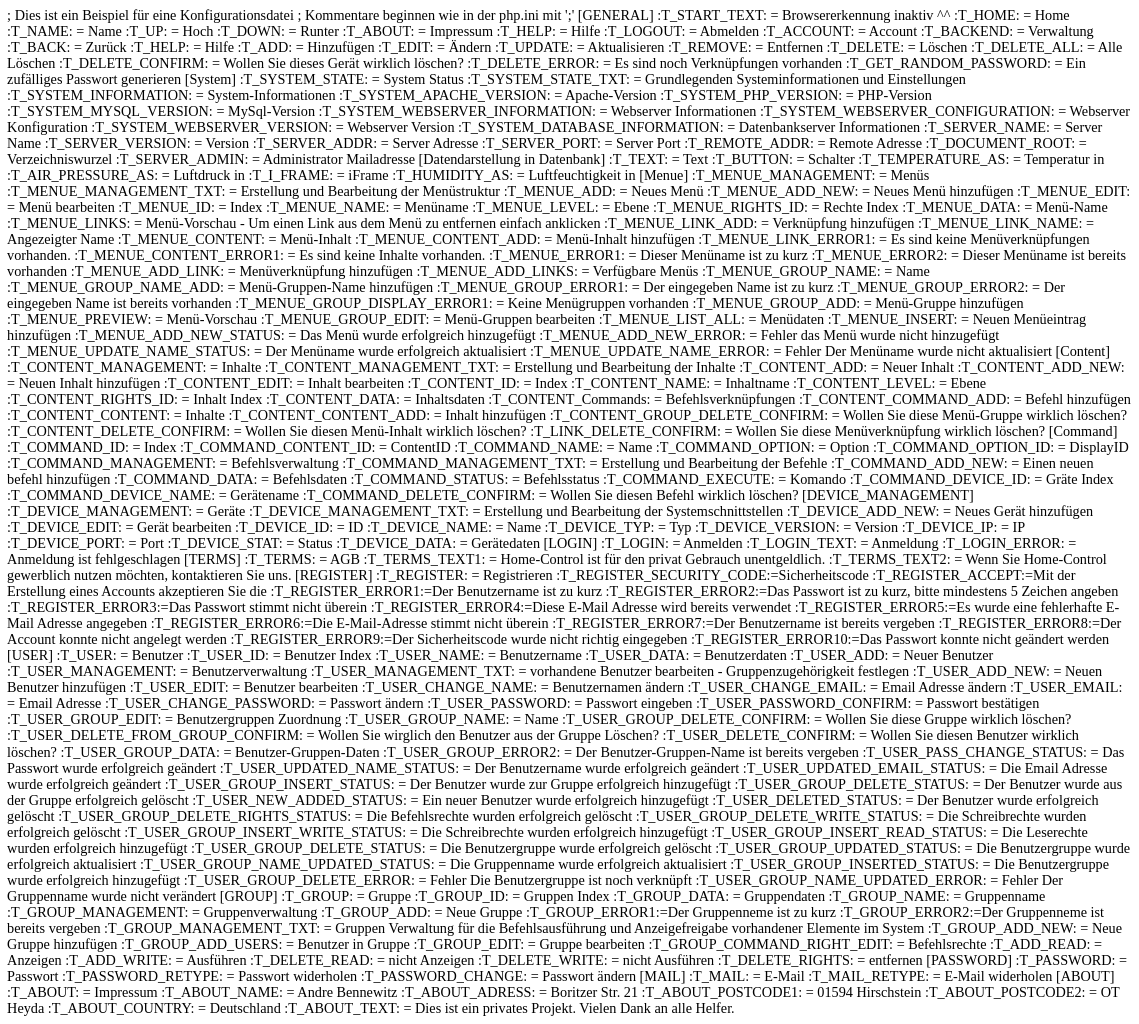
Repository: 0xF3ERROR/Home-Control
Page: http://localhost/language/lang_Ger.php
The author's editor kept a copy of each file at every save. The page is drawn from the files as they stood at one save, then again after the next save.
The browser window is 1280 px wide. The pictures show the whole page, at 89% of full size.
The page is run by PHP 8.4 with error messages shown; the project is at /var/www/html/.

Above is the page before, as saved 2012-09-17 20:29:34.

After the next save:
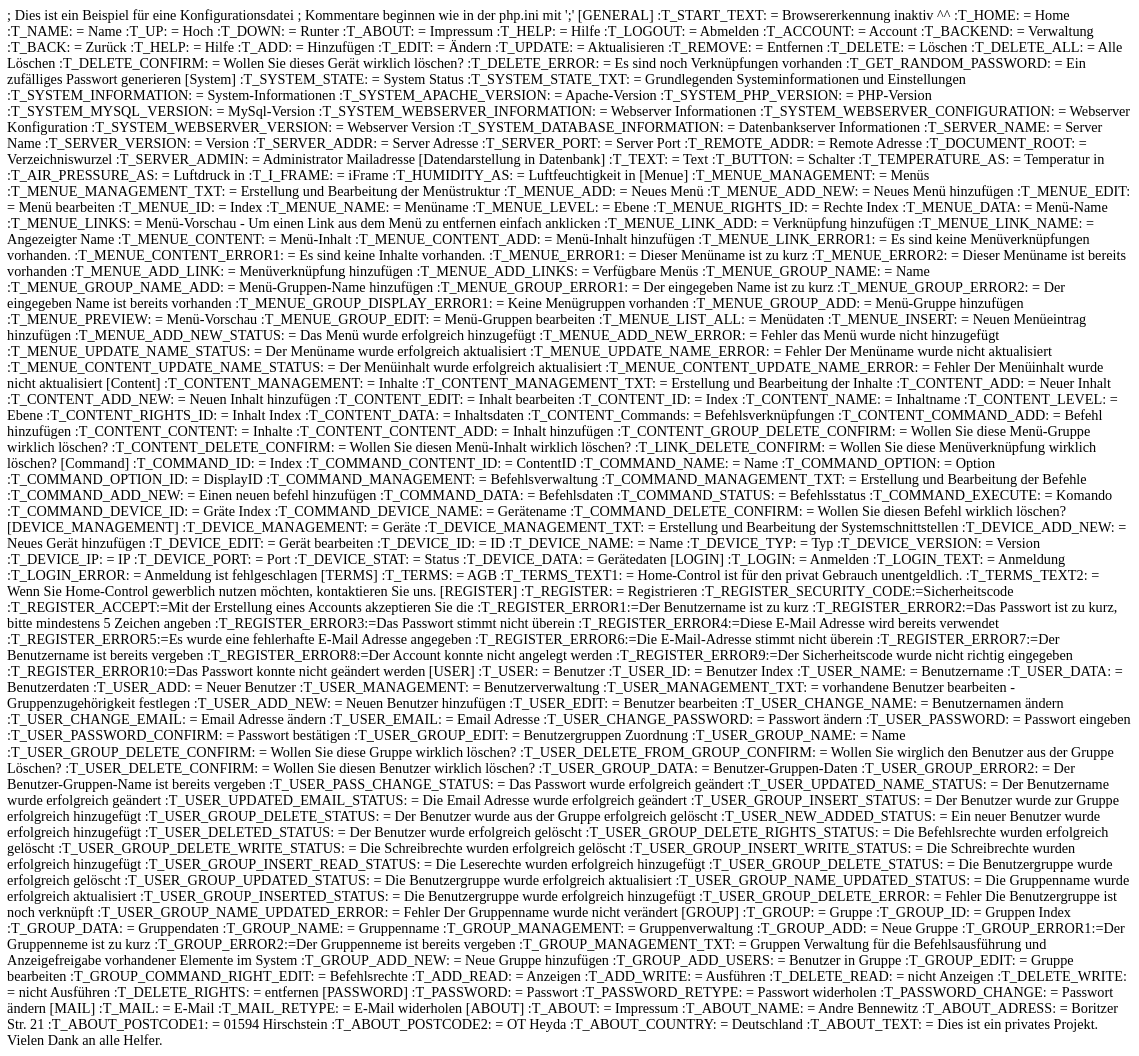
Saved 54 s later.
--- a/Source/language/lang_Ger.php
+++ b/Source/language/lang_Ger.php
@@ -95,7 +95,8 @@
 :T_MENUE_ADD_NEW_ERROR: = Fehler das Menü wurde nicht hinzugefügt
 :T_MENUE_UPDATE_NAME_STATUS: = Der Menüname wurde erfolgreich aktualisiert
 :T_MENUE_UPDATE_NAME_ERROR: = Fehler Der Menüname wurde nicht aktualisiert
-
+:T_MENUE_CONTENT_UPDATE_NAME_STATUS: = Der Menüinhalt wurde erfolgreich aktualisiert
+:T_MENUE_CONTENT_UPDATE_NAME_ERROR: = Fehler Der Menüinhalt wurde nicht aktualisiert
 
 
 
